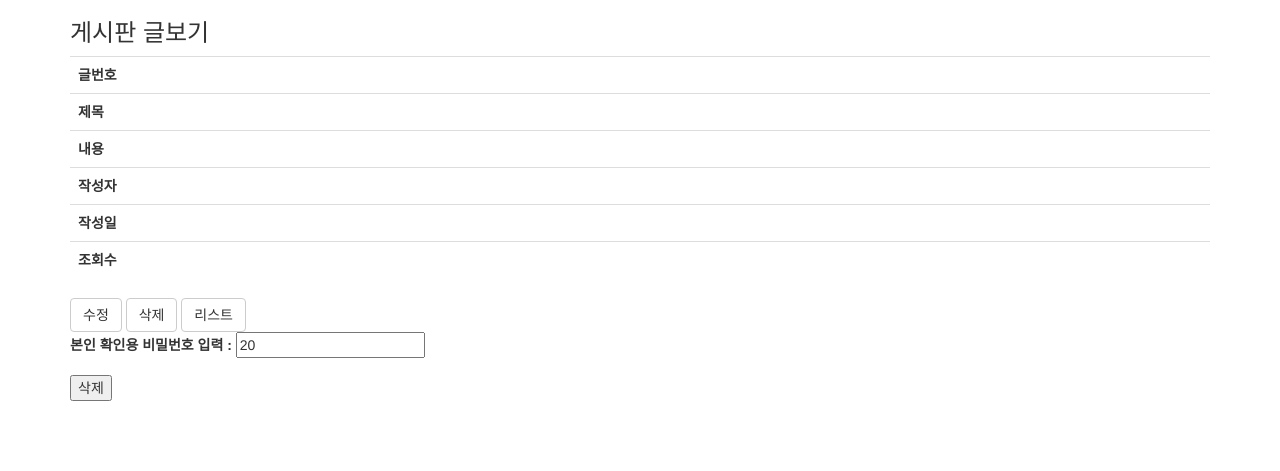
Repository: nsj2204/spring2
Page: http://localhost/ex01/WEB-INF/views/board/view.jsp
The author's editor kept a copy of each file at every save. The page is drawn from the files as they stood at one save, then again after the next save.
The browser window is 1280 px wide. The pictures show the whole page.
The page is served by Tomcat 9. Nobody is signed in. The template is opened directly, without the code that normally fills it, so the values that code supplies are empty.

Above is the page before, as saved 2023-04-07 01:16:17.

After the next save:
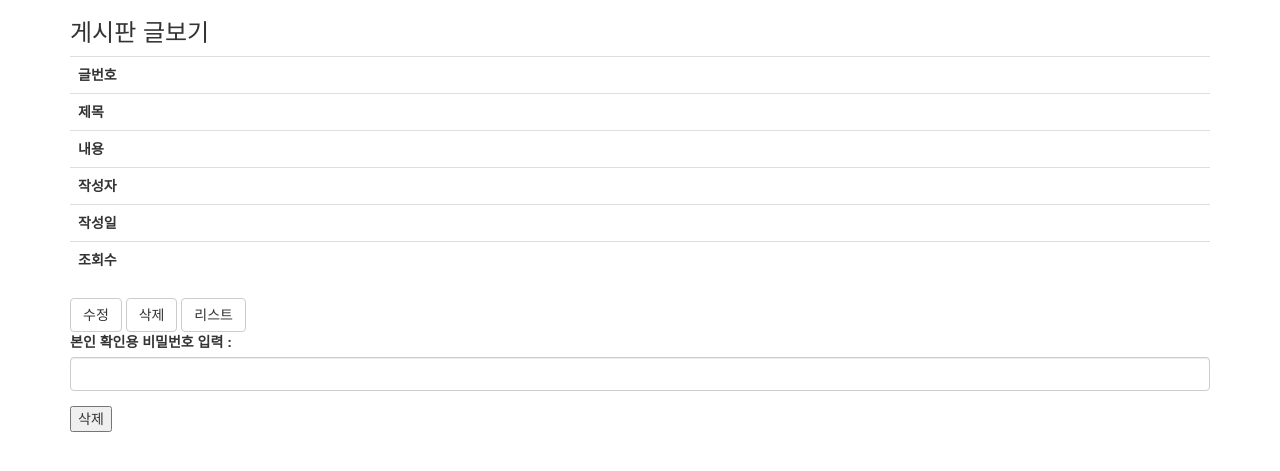
Saved 20 s later.
--- a/ex01/src/main/webapp/WEB-INF/views/board/view.jsp
+++ b/ex01/src/main/webapp/WEB-INF/views/board/view.jsp
@@ -52,7 +52,7 @@
 		<input name="no" value="${vo.no }" type="hidden">
 		<div class="form-group">
 		<label>본인 확인용 비밀번호 입력 :</label>
-		<input name="no" value="20">
+		<input name="pw" class="form-control">
 		</div>
 		<button>삭제</button>
 	</form>
